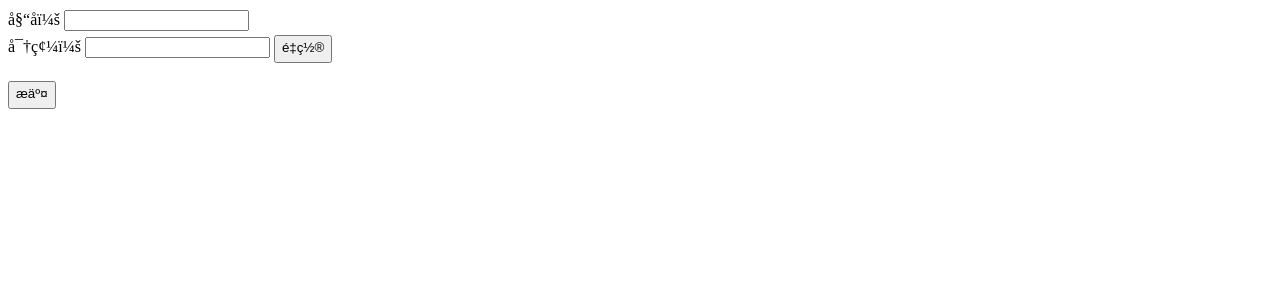
Repository: Lansefanggezi/JavaWeb
Page: http://localhost/Spring-MVC/register.jsp
The author's editor kept a copy of each file at every save. The page is drawn from the files as they stood at one save, then again after the next save.
The browser window is 1280 px wide. The pictures show the whole page.
The page is served by Tomcat 9. Nobody is signed in. The application's start-up code is not run. Other server files are loaded and not shown.

Above is the page before, as saved 2018-04-04 13:39:05.

### Spring-MVC/WebContent/register.jsp
<?xml version="1.0" encoding="ISO-8859-1" ?>
<%@ page language="java" contentType="text/html; charset=ISO-8859-1"
    pageEncoding="ISO-8859-1"%>
<!DOCTYPE html PUBLIC "-//W3C//DTD XHTML 1.0 Transitional//EN" "http://www.w3.org/TR/xhtml1/DTD/xhtml1-transitional.dtd">
<html xmlns="http://www.w3.org/1999/xhtml">
<head>
<meta http-equiv="Content-Type" content="text/html; charset=ISO-8859-1" />
<title>Insert title here</title>
</head>
<body>

<form action="/mvc/pringWelcome">
	<label>姓名：</label>
	<input type="text" id="userName" />
	<br />
	<label>密碼：</label>
	<input type="password" id="password" />

	<input type="reset" value="重置" />
	<br></br>
	<input type="submit" value="提交" />
</form>
</body>
</html>

After the next save:
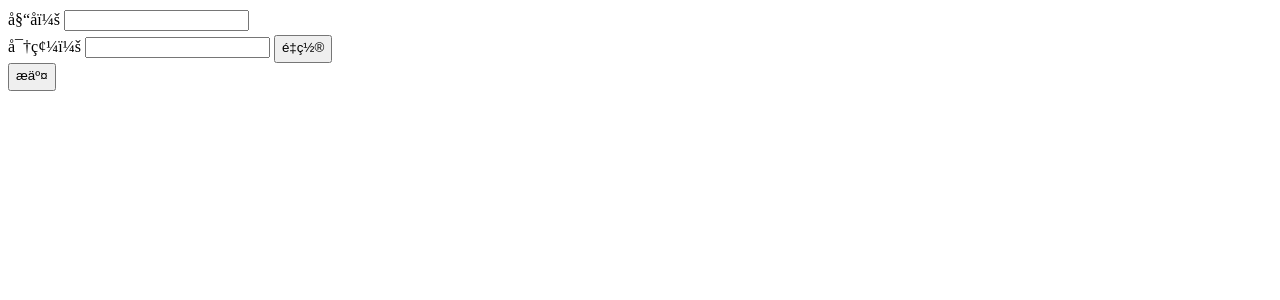
Saved 10 s later.
--- a/Spring-MVC/WebContent/register.jsp
+++ b/Spring-MVC/WebContent/register.jsp
@@ -17,7 +17,7 @@
 	<input type="password" id="password" />
 
 	<input type="reset" value="重置" />
-	<br></br>
+	<br />
 	<input type="submit" value="提交" />
 </form>
 </body>
